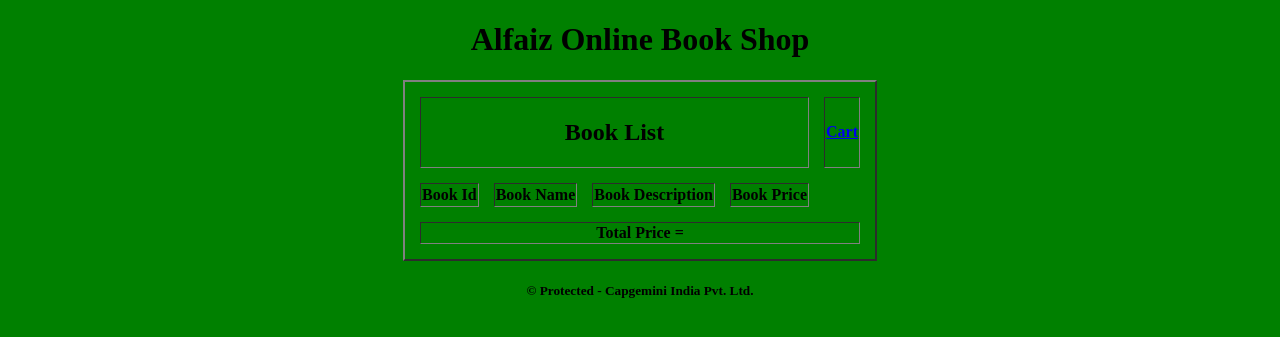
Repository: Rccalfa123/OnlineShopingCart
Page: http://localhost/OnlineBookShopping_Servlet-JSP/home.jsp
An editor plug-in stored every save of this project. The page is shown before and after the next save, followed by the edit.
The browser window is 1280 px wide. The pictures show the whole page.
The page is served by Tomcat 9. Other server files are loaded and not shown.

Above is the page before, as saved 2018-08-09 13:23:44.

### OnlineBookShopping_Servlet-JSP/WebContent/home.jsp
<%@ page language="java" contentType="text/html; charset=ISO-8859-1"
	pageEncoding="ISO-8859-1"%>
<%@taglib prefix="alfa" uri="http://java.sun.com/jsp/jstl/core"%>
<!DOCTYPE html>
<html>
<head>
<style type="text/css">

body {
	background-color: green;
}


</style>

<meta charset="ISO-8859-1">
<title>Online Book Shop</title>
</head>
<body>
     <jsp:include page="header.jsp"></jsp:include>
	<form action=".app" method="get">

		<div>
			<table cellspacing="15" align = "center" border="2" >
				<tr>
					<th colspan="4" height="35"><h2>Book List</h2></th>
					<th><a href="Cart.jsp">Cart ${sessionScope.counter}</a> </th>
				</tr>
			  <tr>
					<th height="20">Book Id</th>
					<th height="20">Book Name</th>
					<th height="20">Book Description</th>
					<th height="20">Book Price</th>

				</tr>

			<alfa:forEach var="books"  items="${sessionScope.availableBooks}">
			<tr>
					<td align="center">${books.bookId}</td>
					<td align="center">${books.bookName}</td>
					<td align="center">${books.bookDescription}</td>
					<td align="center">${books.bookPrice}</td>
					<td align="center"  colspan="2"><a href="addnew.app?bookId=${books.bookId}">Add to Cart</a></td>
			</tr>
			</alfa:forEach>
			 <tr > <th colspan="6"> Total Price = ${sessionScope.price} </th></tr>
					</table>
		</div>

	</form>
<jsp:include page="footer.html"></jsp:include>

</body>
</html>

### OnlineBookShopping_Servlet-JSP/WebContent/header.jsp
<%@taglib prefix="jstl" uri="http://java.sun.com/jsp/jstl/core" %>
<div align="center">
	<h1>Alfaiz Online Book Shop</h1>
</div>

### OnlineBookShopping_Servlet-JSP/WebContent/footer.html
<div align="center">
<h5>&copy; Protected - Capgemini India Pvt. Ltd.</h5>
</div>

After the next save:
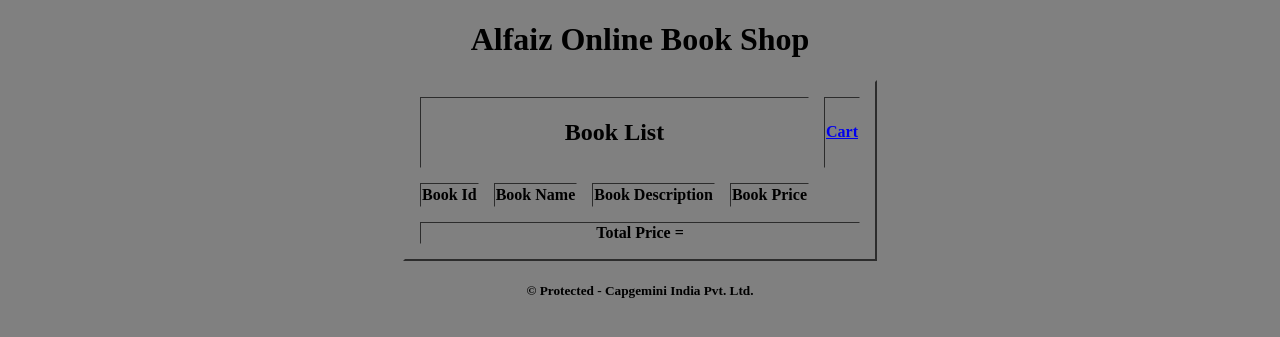
Saved 24 s later.
--- a/OnlineBookShopping_Servlet-JSP/WebContent/home.jsp
+++ b/OnlineBookShopping_Servlet-JSP/WebContent/home.jsp
@@ -7,7 +7,7 @@
 <style type="text/css">
 
 body {
-	background-color: green;
+	background-color: grey;
 }
 
 
